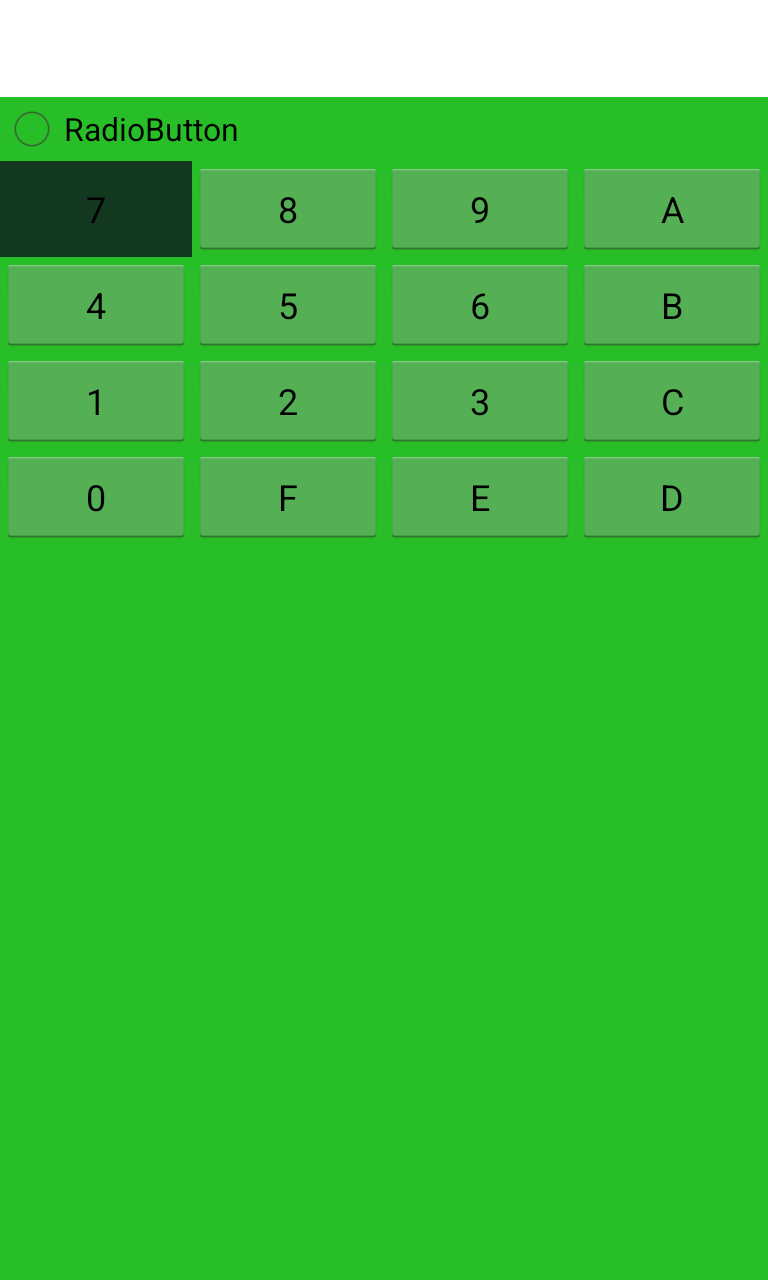
Repository: RamDion/BSIT_Calculator
Layout: CcsCalcu/res/layout/activity_calculator.xml
An editor plug-in stored every save of this project. The layout is shown before and after the next save, followed by the edit.
It is drawn on a 768 x 1280 px phone screen (xhdpi) without system bars, with theme AppTheme; the app's code is not run.

Above is the layout before, as saved 2014-09-04 05:19:18.

After the next save:
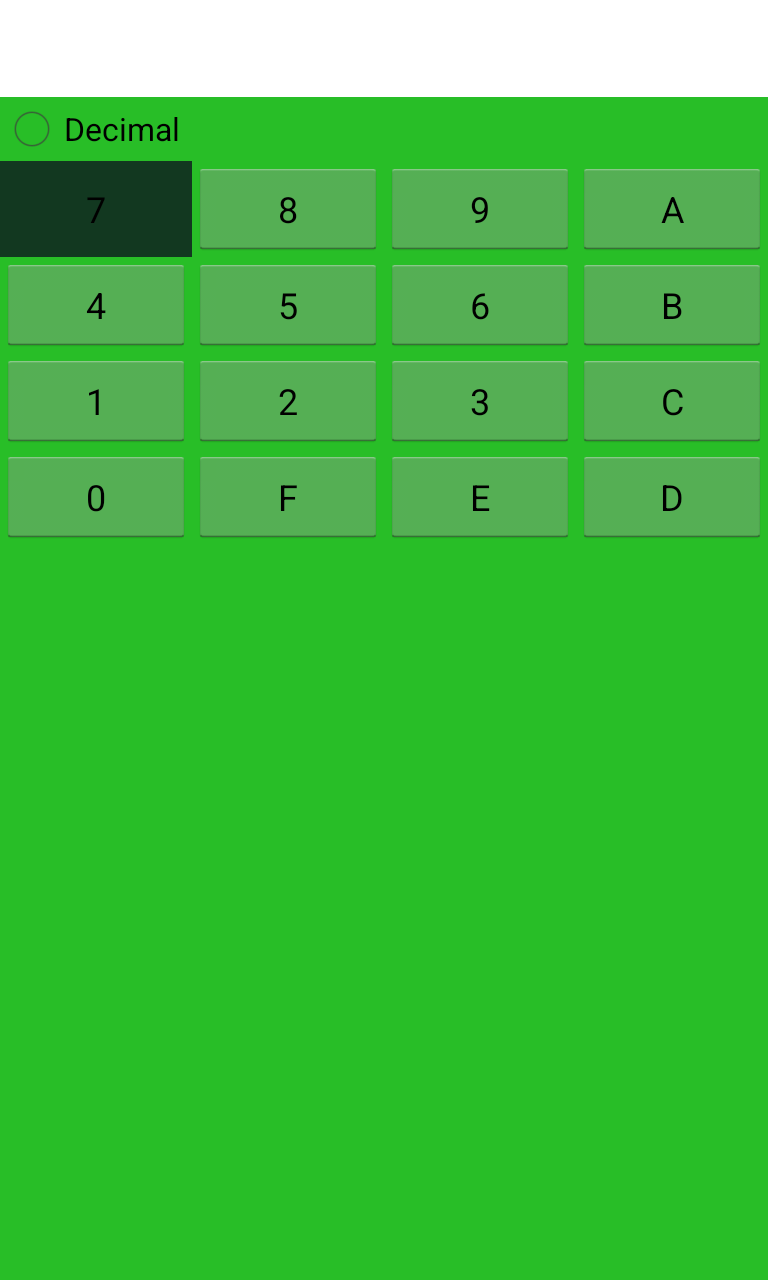
Saved 27 s later.
--- a/CcsCalcu/res/layout/activity_calculator.xml
+++ b/CcsCalcu/res/layout/activity_calculator.xml
@@ -38,7 +38,7 @@
              android:id="@+id/radioButton1"
              android:layout_width="wrap_content"
              android:layout_height="wrap_content"
-             android:text="RadioButton" />
+             android:text="Decimal" />
 
         </TableRow>
 
